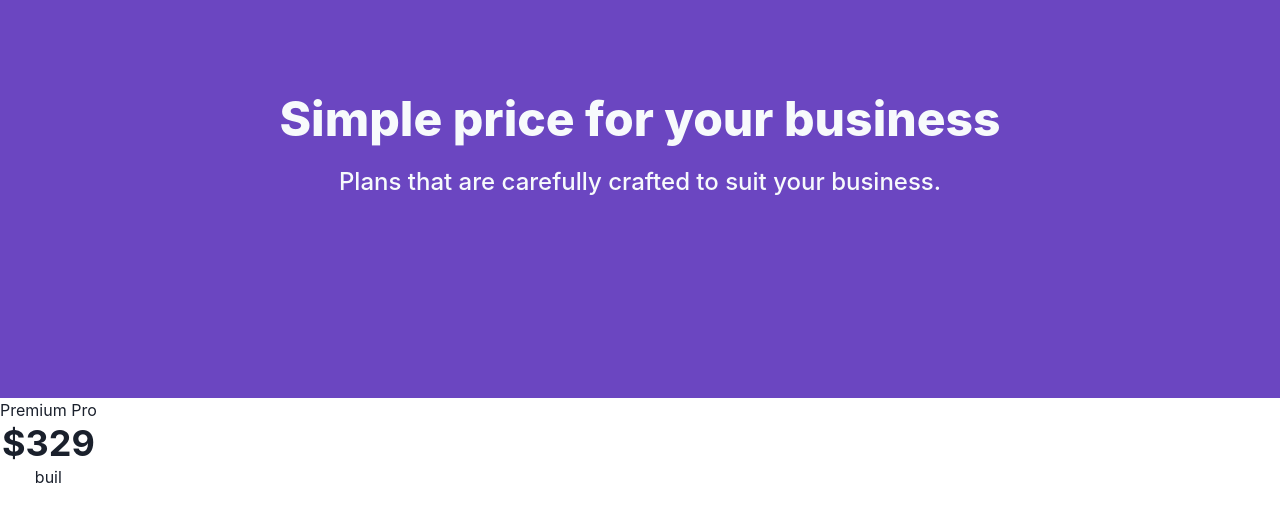
Repository: noutijo/learn-in-depth-chakra-ui
Page: /
These files come from the project's save history. The page is drawn as it stood at one moment and after the next save; the edit follows.
The browser window is 1280 px wide. The pictures show the whole page.
The project was rebuilt for these pictures with package versions that can differ from the ones it lists, and the page was loaded fresh each time. Also part of the build but not shown: vite.config.ts.

Above is the page before, as saved 2023-01-30 15:28:45.

After the next save:
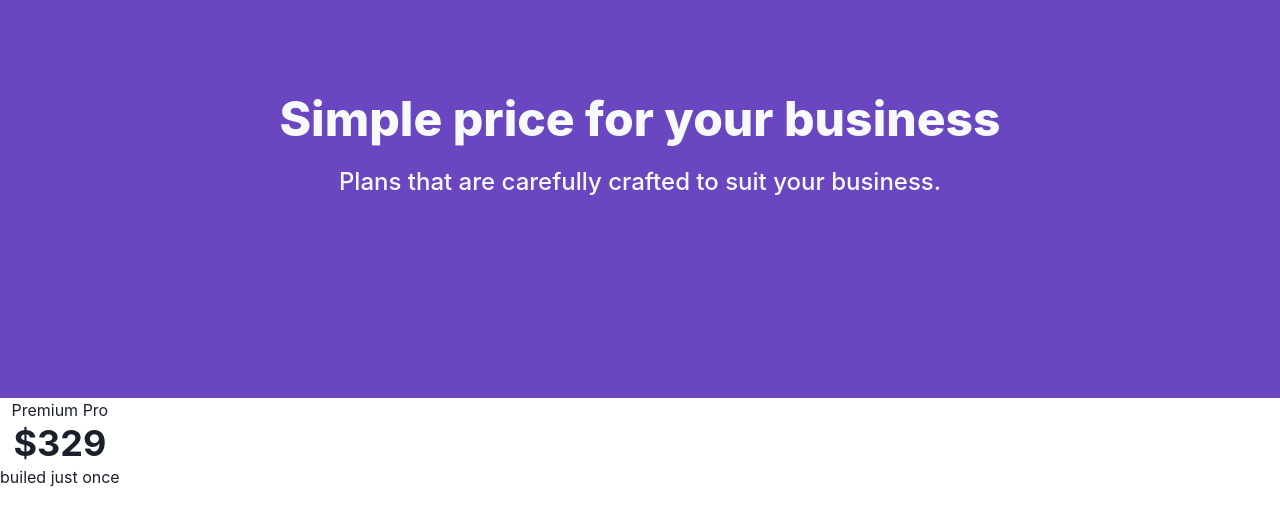
Saved 9 s later.
--- a/src/components/Pricing.tsx
+++ b/src/components/Pricing.tsx
@@ -8,7 +8,7 @@ export function Pricing() {
         <Box>
             <Text>Premium Pro</Text>
             <Heading>$329</Heading>
-            <Text>buil</Text>
+            <Text>builed just once</Text>
         </Box>
         <Box></Box>
       </Flex>
